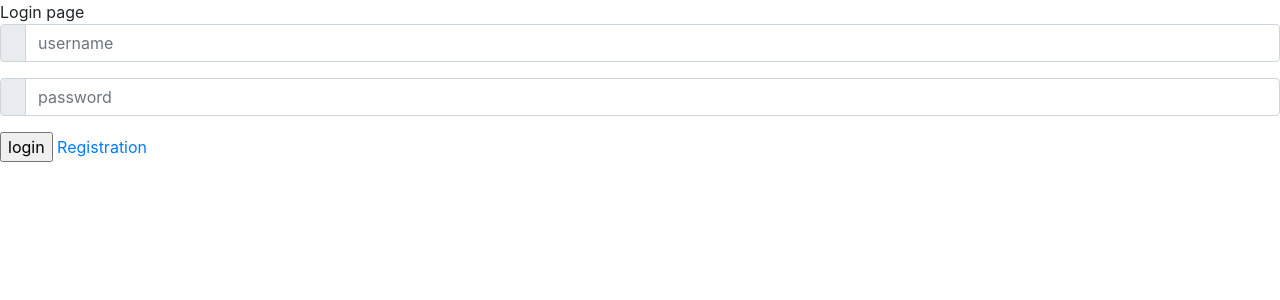
Repository: vishnushelke/LoginPage
Page: http://localhost/MyLoginPage/Login.jsp
The author's editor kept a copy of each file at every save. The page is drawn from the files as they stood at one save, then again after the next save.
The browser window is 1280 px wide. The pictures show the whole page.
The page is served by Tomcat 9. Other server files are loaded and not shown.

Above is the page before, as saved 2019-10-10 06:14:02.

### MyLoginPage/WebContent/Login.jsp
<%@ page language="java" contentType="text/html; charset=UTF-8"
    pageEncoding="UTF-8"%>
<!DOCTYPE html>
<html>
<head>
<meta charset="UTF-8">
<title>Insert title here</title>
<link rel="stylesheet"
href="https://maxcdn.bootstrapcdn.com/bootstrap/4.3.1/css/bootstrap.min.css">
<script
src="https://ajax.googleapis.com/ajax/libs/jquery/3.4.1/jquery.min.js"></script>
<script
src="https://cdnjs.cloudflare.com/ajax/libs/popper.js/1.14.7/umd/popper.min.js"></script>
<script
src="https://maxcdn.bootstrapcdn.com/bootstrap/4.3.1/js/bootstrap.min.js"></script>
</head>
<body>
<form action="login" method="post">
Login page<br>
<div class="input-group mb-3">
  <div class="input-group-prepend">
    <span class="input-group-text" id="basic-addon1"></span>
  </div>
  <input type="text" class="form-control" name="username" placeholder="username" aria-label="username" aria-describedby="basic-addon1">
</div>
<div class="input-group mb-3">
  <div class="input-group-prepend">
    <span class="input-group-text" id="basic-addon1"></span>
  </div>
  <input type="password" class="form-control" name="password" placeholder="password" aria-label="password" aria-describedby="basic-addon1">
</div>

<input type="submit" value="login"> <a href="register.jsp">Registration</a>

</form>
</body>


</html>

After the next save:
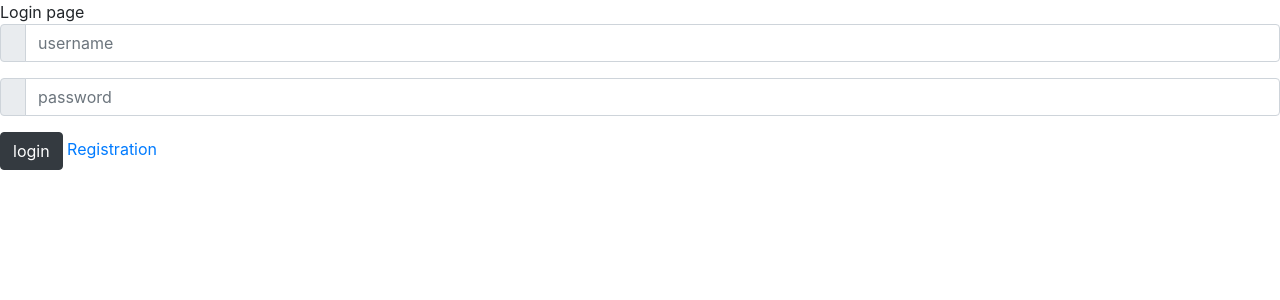
Saved 31 s later.
--- a/MyLoginPage/WebContent/Login.jsp
+++ b/MyLoginPage/WebContent/Login.jsp
@@ -30,7 +30,7 @@
   <input type="password" class="form-control" name="password" placeholder="password" aria-label="password" aria-describedby="basic-addon1">
 </div>
 
-<input type="submit" value="login"> <a href="register.jsp">Registration</a>
+<input type="submit" value="login" class="btn btn-dark"></button> <a href="register.jsp">Registration</a>
 
 </form>
 </body>
